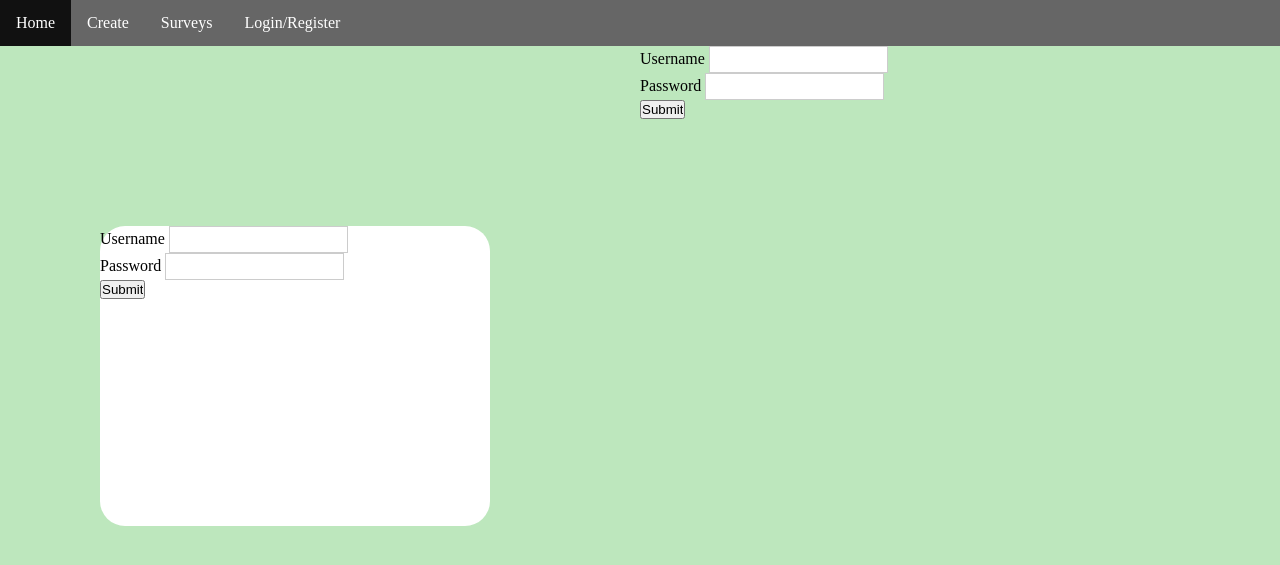
Repository: cakuang1/QuickSurveyReact
Page: /login
The author's editor kept a copy of each file at every save. The page is drawn from the files as they stood at one save, then again after the next save.
The browser window is 1280 px wide. The pictures show the whole page.
The project was rebuilt for these pictures with package versions that can differ from the ones it lists, and the page was loaded fresh each time. Also part of the build but not shown: src/pages/create.js, src/pages/home.css, src/pages/home.js, src/pages/pastsurveys.js.

Above is the page before, as saved 2022-07-21 14:24:34.

After the next save:
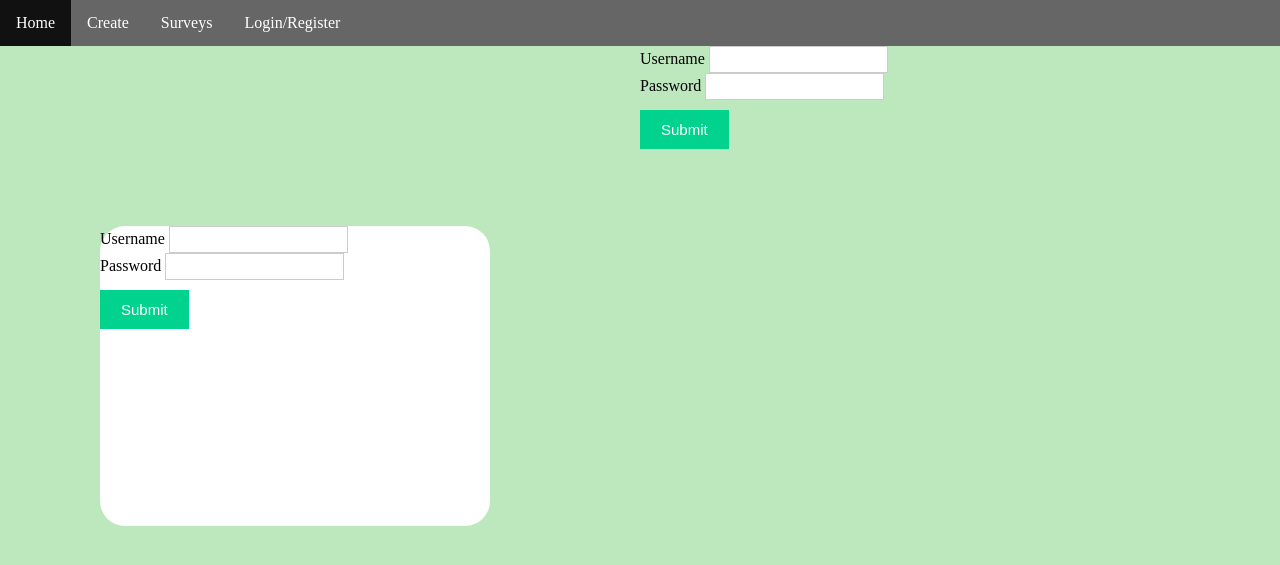
Saved 33 s later.
--- a/src/pages/login.css
+++ b/src/pages/login.css
@@ -26,3 +26,12 @@ input[type="password"] {
   height: 25px;
   border: 1px solid rgba(0, 0, 0, 0.2);
 }
+input[type="submit"] {
+    margin-top: 10px;
+    cursor: pointer;
+    font-size: 15px;
+    background: #01d28e;
+    border: 1px solid #01d28e;
+    color: #fff;
+    padding: 10px 20px;
+  }
